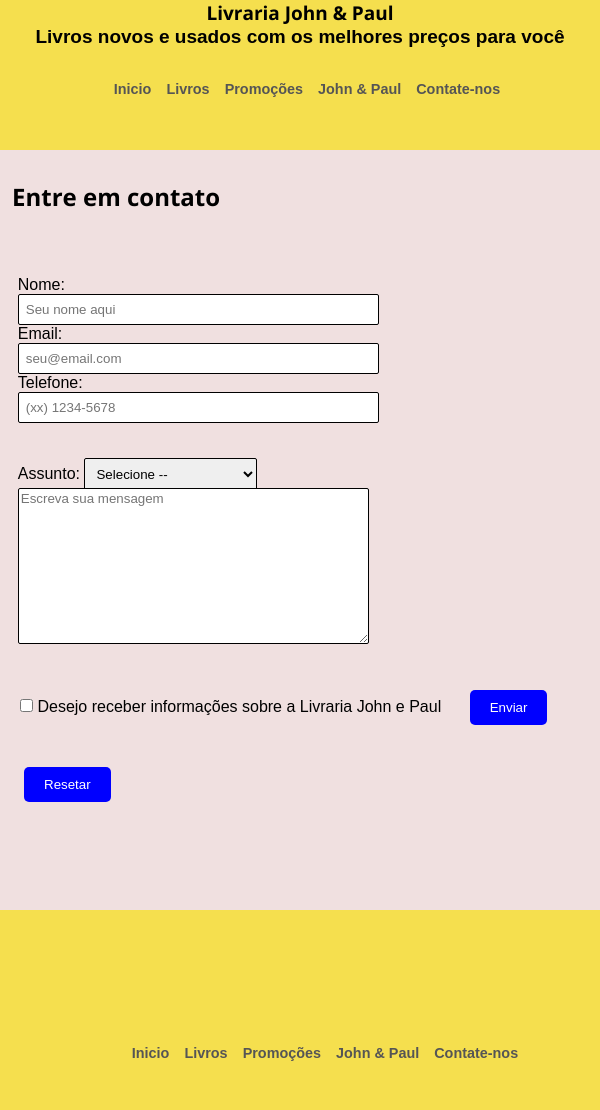
Repository: MarcoantonioCaldeira/Site-livraria-John-e-Paul
Page: contato.html
The author's editor kept a copy of each file at every save. The page is drawn from the files as they stood at one save, then again after the next save.
The browser window is 600 px wide. The pictures show the whole page.

Above is the page before, as saved 2022-09-25 22:31:11.

After the next save:
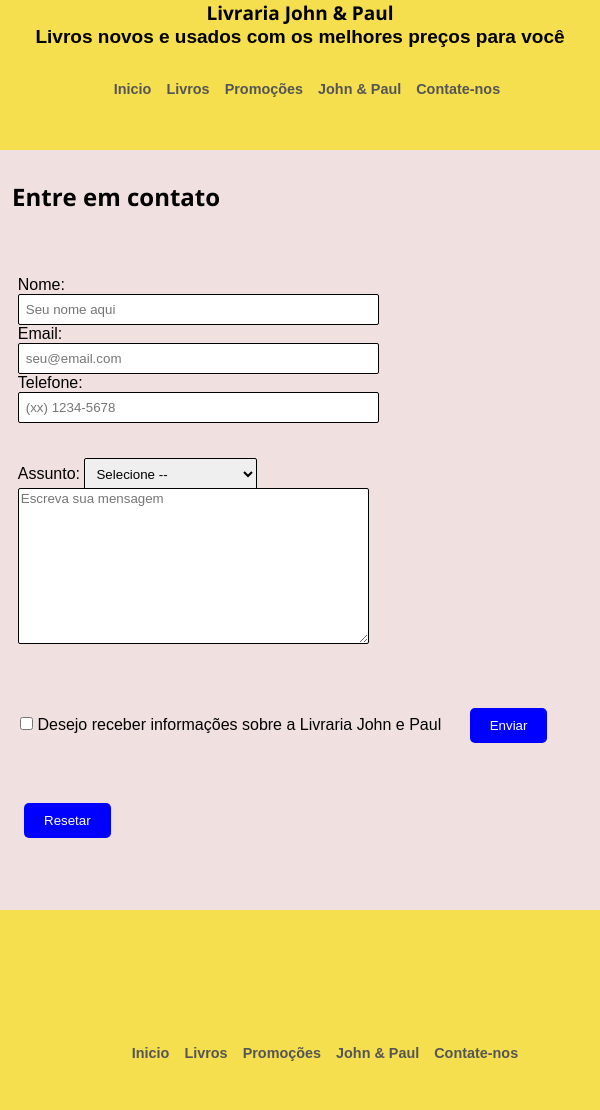
Saved 34 s later.
--- a/css/estilo.css
+++ b/css/estilo.css
@@ -374,7 +374,7 @@
    button{
       padding: 10px 20px;
       margin-left: 4%;
-      margin-top: 7%;
+      margin-top: 10%;
       background-color: blue;
       color: #fff;
       border: none;

After the save that followed:
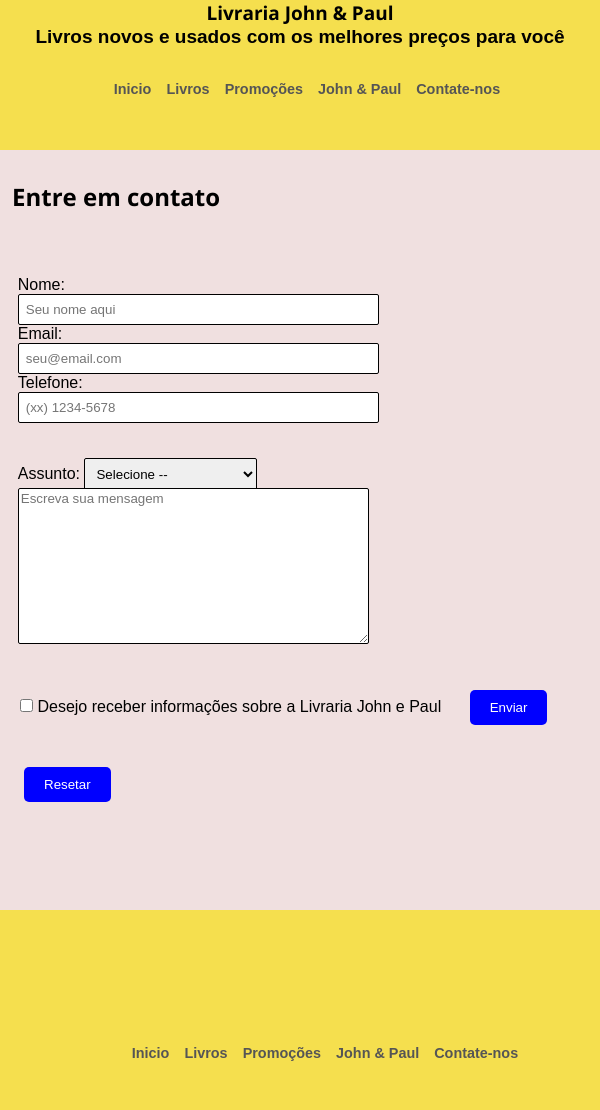
Saved 13 s later.
--- a/css/estilo.css
+++ b/css/estilo.css
@@ -374,7 +374,7 @@
    button{
       padding: 10px 20px;
       margin-left: 4%;
-      margin-top: 10%;
+      margin-top: 7%;
       background-color: blue;
       color: #fff;
       border: none;
